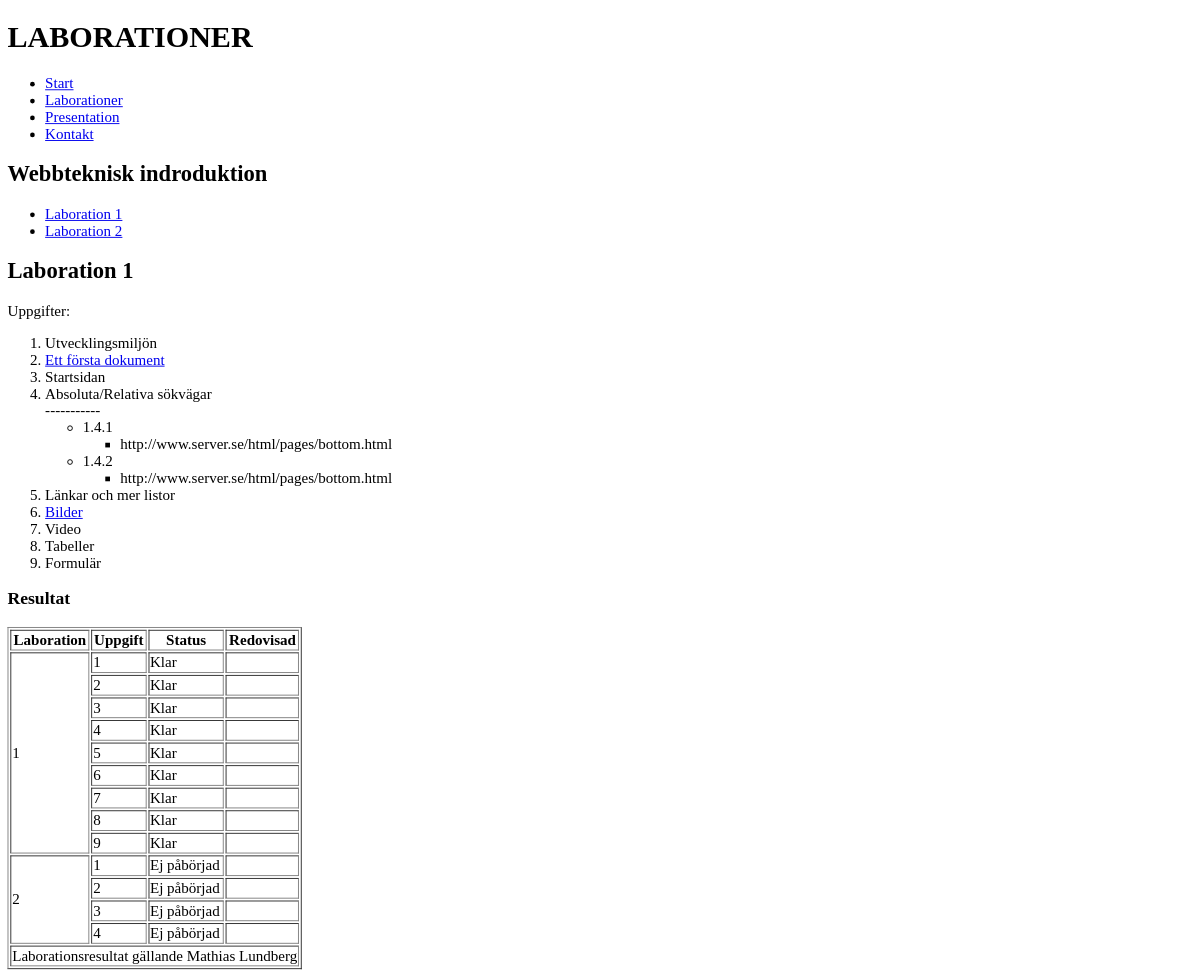
Repository: ml223nw/1ik415-laborationer
Page: pages/laborationer.html
The author's editor kept a record of every edit. The page is drawn from the files as they stood at one moment, then again after the next edit.
The browser window is 1280 px wide. The pictures show the whole page, at 94% of full size.

Above is the page before.

After the next edit:
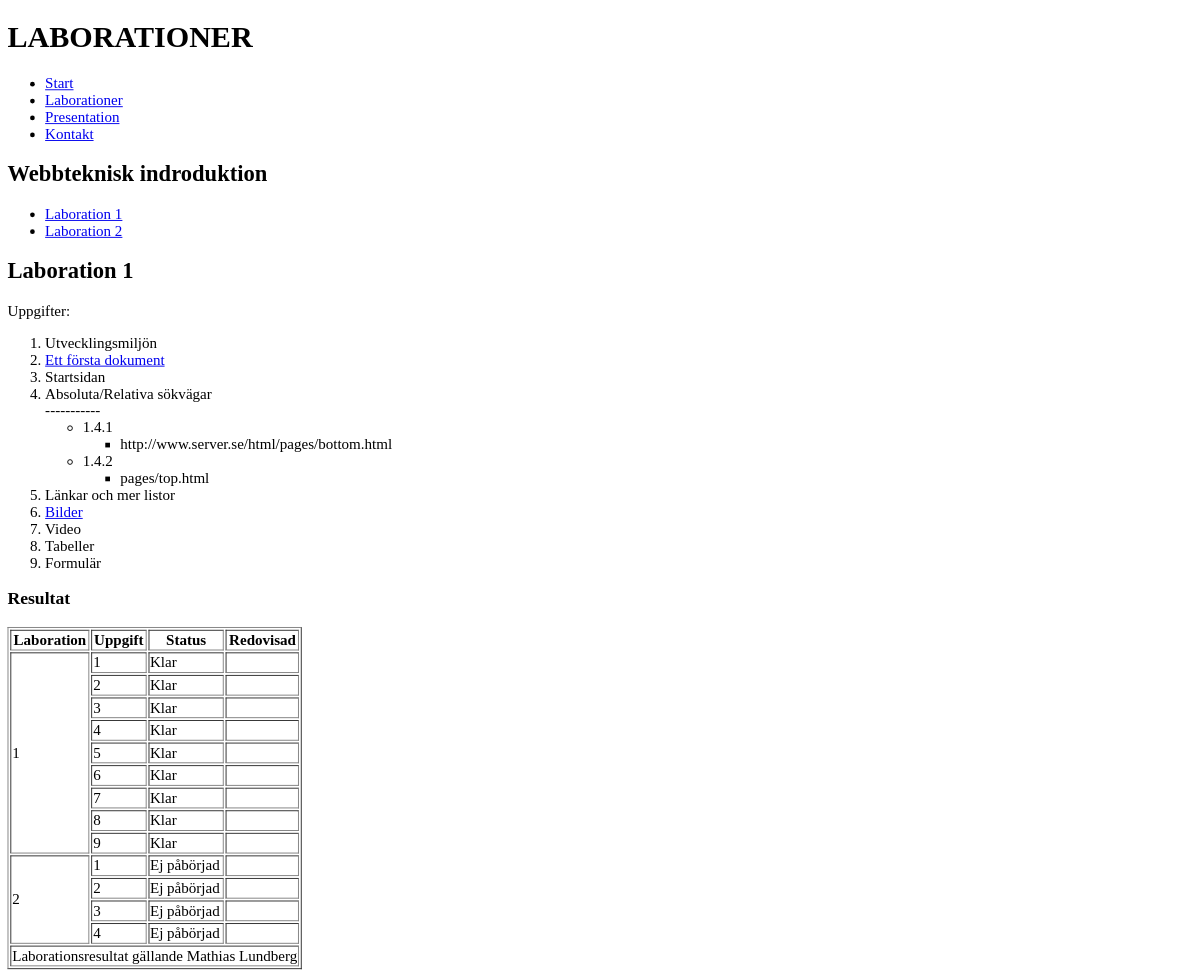
The edit:
--- a/pages/laborationer.html
+++ b/pages/laborationer.html
@@ -45,7 +45,7 @@
 <ul>
   <li>1.4.2</li>
     <ul>
-      <li>http://www.server.se/html/pages/bottom.html</li>
+      <li>pages/top.html</li>
     </ul>
   </li>
 </ul>
